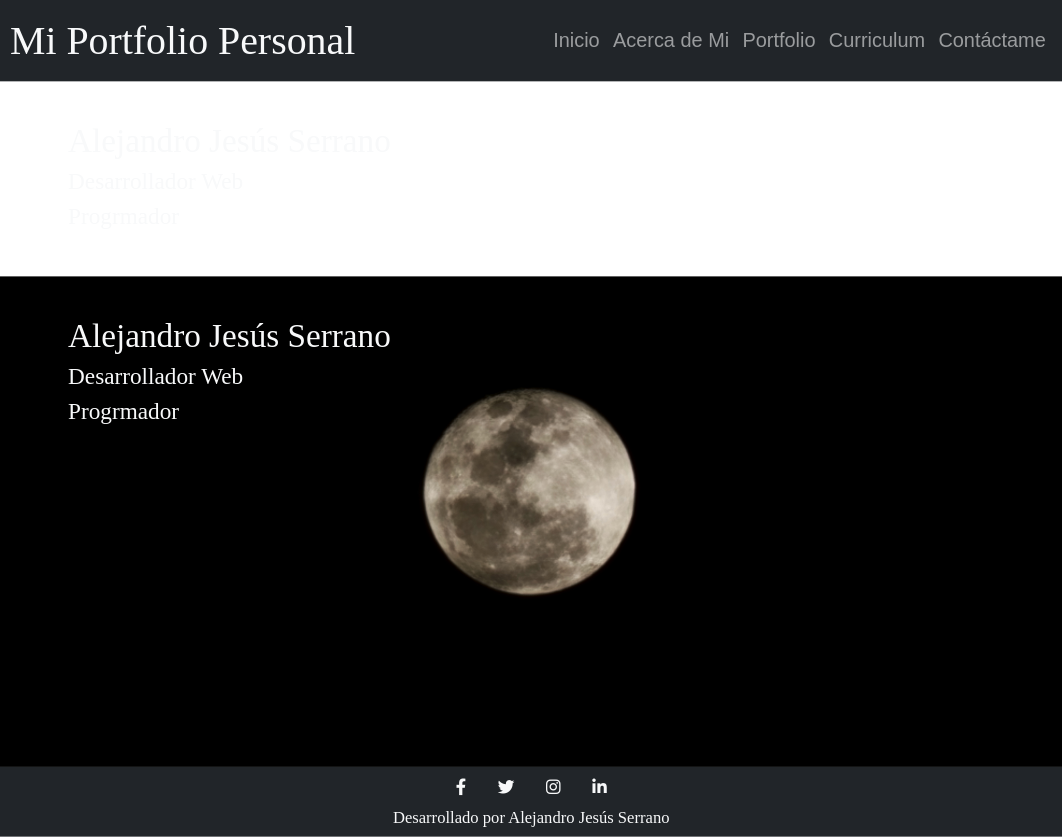
Repository: AlejandroJesusSerrano/portfolio
Page: portfolio/core/templates/core/home.html
The author's editor kept a copy of each file at every save. The page is drawn from the files as they stood at one save, then again after the next save.
The browser window is 1280 px wide. The pictures show the whole page, at 83% of full size.
Some web fonts or font styles are not loaded; a fallback is used. The template is drawn by Django 4.2. The application's start-up code is not run. Other server files are loaded and not shown. The template is opened directly, without the code that normally fills it, so the values that code supplies are empty.

Above is the page before, as saved 2023-09-06 09:47:17.

### portfolio/core/templates/core/home.html
{% extends 'core/base.html' %}
{% load static %}

{% block title %} Inicio {% endblock title %}

{% block home_active %} active {% endblock %}

<!-- Header -->


{% block header_title %}
<div>
  <h1>Alejandro Jesús Serrano</h1>
</div>
<div>
  <h3>Desarrollador Web</h3>
</div>
<div>
  <h3>Progrmador</h3>
</div>
{% endblock %}

<!-- Content -->
{% block content %}
<div class="home bkg-img p-5">
  <div class="container">
    <div class="row">
      <div class="col-12 brand">
        <div>
          <h1>Alejandro Jesús Serrano</h1>
        </div>
        <div>
          <h3>Desarrollador Web</h3>
        </div>
        <div>
          <h3>Progrmador</h3>
        </div>
      </div>
    </div>
  </div>
</div>
{% endblock content %}

### portfolio/core/templates/core/base.html
{% load static %}

<!DOCTYPE html>
<html lang="en">

<head>
  <meta charset="UTF-8">
  <meta name="viewport" content="width=device-width, initial-scale=1.0">
  <link rel="stylesheet" href={% static 'lib/bootstrap-5.2/css/bootstrap.min.css' %}>
  <link rel="stylesheet" href={% static 'lib/fontawesome-6.4.2/css/all.min.css' %}>
  <link rel="stylesheet" href={% static 'css/styles.css' %}>
  <title>Portafolio Personal - {% block title %} {% endblock title %}</title>
</head>

<body>
  <!-- HEADER -->
  <nav class="navbar navbar-expand-lg navbar-dark bg-dark">
    <div class="container-fluid">
      <a class="navbar-brand brand" href={% url 'home' %}>Mi Portfolio Personal</a>
      <button class="navbar-toggler" type="button" data-bs-toggle="collapse" data-bs-target="#navbarNav"
        aria-controls="navbarNav" aria-expanded="false" aria-label="Toggle navigation">
        <span class="navbar-toggler-icon"></span>
      </button>
      <div class="collapse navbar-collapse" id="navbarNav">
        <ul class="navbar-nav nav_menu ms-auto">
          <li class="nav-item {% block home_active %} {% endblock %}">
            <a class="nav-link" aria-current="page" href={% url 'home' %}>Inicio</a>
          </li>
          <li class="nav-item {% block about_active %} {% endblock %}">
            <a class="nav-link" href={% url 'about' %}>Acerca de Mi</a>
          </li>
          <li class="nav-item {% block portfolio_active %} {% endblock %}">
            <a class="nav-link" href={% url 'portfolio' %}>Portfolio</a>
          </li>
          <li class="nav-item {% block curriculum_active %} {% endblock %}">
            <a class="nav-link" href={% url 'curriculum' %}>Curriculum</a>
          </li>
          <li class="nav-item {% block contact_active %} {% endblock %}">
            <a class="nav-link" href={% url 'contact' %}>Contáctame</a>
          </li>
        </ul>
      </div>
    </div>
  </nav>

  <!-- HEADER -->
  <div class="{% block img_header %} {% endblock %} bkg-img p-5">
    <div class="container">
      <div class="row">
        <div class="col-12 brand">
          {% block header_title %} {% endblock %}
        </div>
      </div>
    </div>
  </div>

  <!-- CONTENT - Template Tags -->

  {% block content %} {%endblock content%}

  <div class="mb-0">
    <footer class="bg-dark text-center text-light">
      <section>
        <div class="container">
          <a class="btn btn-link btn-floating btn-lg text-light" href="#" role="button">
            <i class="fab fa-facebook-f"></i>
          </a>
          <a class="btn btn-link btn-floating btn-lg text-light" href="#" role="button">
            <i class="fab fa-twitter"></i>
          </a>
          <a class="btn btn-link btn-floating btn-lg text-light" href="#" role="button">
            <i class="fab fa-instagram"></i>
          </a>
          <a class="btn btn-link btn-floating btn-lg text-light" href="#" role="button">
            <i class="fab fa-linkedin-in"></i>
          </a>
        </div>
        <div class="container">
          <div class="pb-1">
            <h5 class="develop">Desarrollado por Alejandro Jesús Serrano</h5>
          </div>
        </div>
      </section>
    </footer>
  </div>
  <!-- End of .container -->

  <script src={% static 'lib/bootstrap-5.2/js/bootstrap.min.js' %}></script>
  <script src={% static 'lib/fontawesome-6.4.2/js/all.min.js' %}></script>
</body>

</html>

### portfolio/static/css/styles.css
@import url("https://fonts.googleapis.com/css2?family=Arima:wght@500;700&family=Average+Sans&family=Mulish:ital,wght@0,400;0,500;0,700;1,400;1,500;1,700&display=swap");

* {
  margin: 0;
  padding: 0;
  box-sizing: border-box;
}

.brand {
  font-family: "Arima", cursive;
  font-size: 3rem;
  color: #f8f9fa;
}

.nav_menu {
  font-family: "Average Sans", sans-serif;
  font-size: 1.5rem;
}

.develop {
  font-family: "Arima", cursive;
  font-size: 1.25rem;
}

.home {
  background-image: url(../img/moon.jpg);
  background-size: cover;
  background-position: center;
  height: 82vh;
}

Loaded but not shown: portfolio/static/lib/bootstrap-5.2/css/bootstrap.min.css (library); portfolio/static/lib/fontawesome-6.4.2/css/all.min.css (library); portfolio/static/lib/bootstrap-5.2/js/bootstrap.min.js (library)

After the next save:
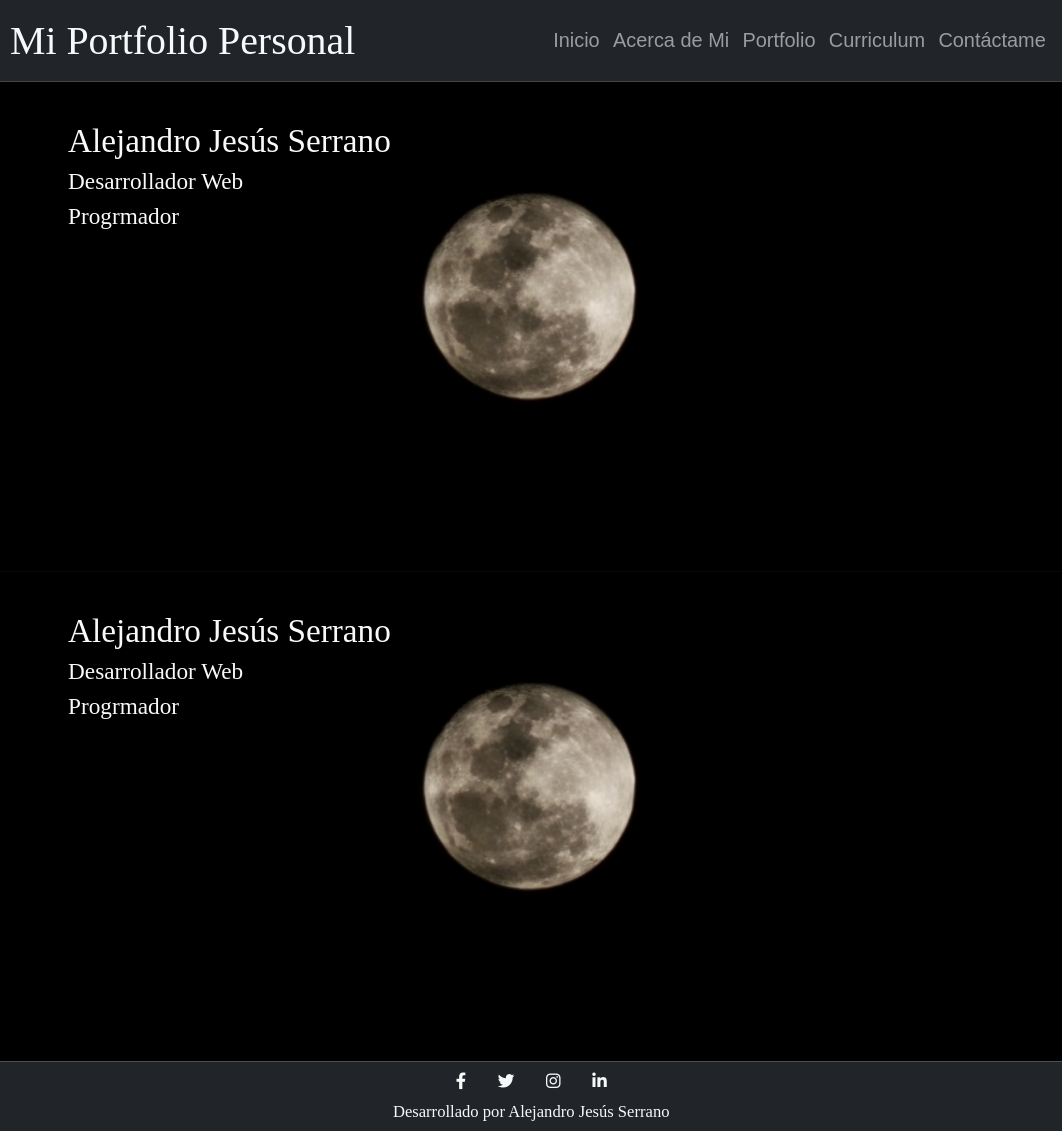
Saved 12 s later.
--- a/portfolio/core/templates/core/home.html
+++ b/portfolio/core/templates/core/home.html
@@ -6,7 +6,7 @@
 {% block home_active %} active {% endblock %}
 
 <!-- Header -->
-
+{% block img_header %} home {% endblock %}
 
 {% block header_title %}
 <div>
